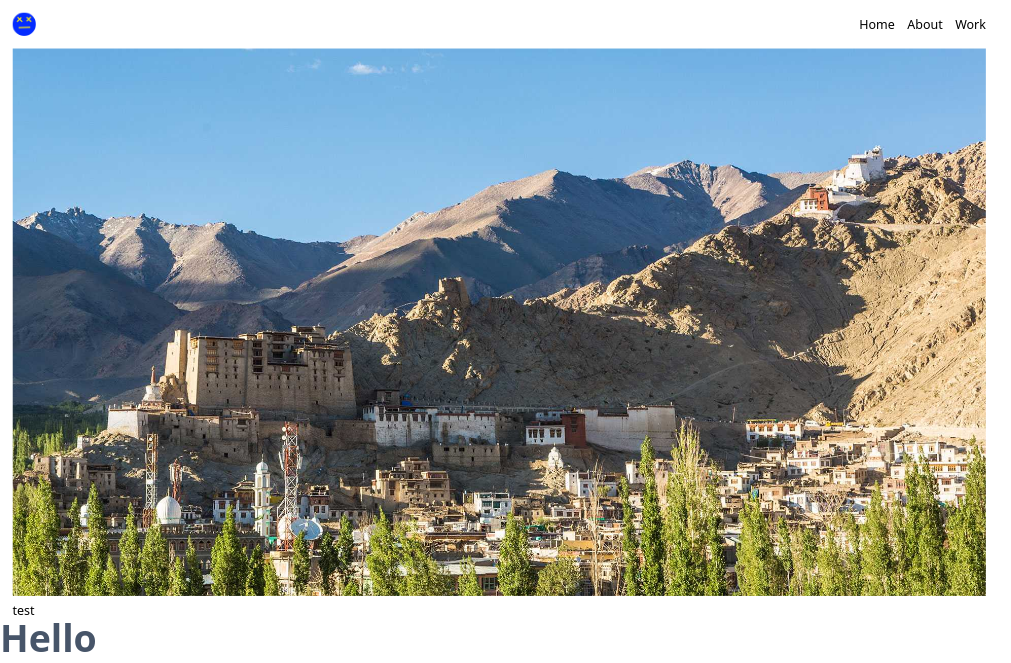
Repository: aaroncemery/aaroncemery-next
Page: /
The author's editor kept a copy of each file at every save. The page is drawn from the files as they stood at one save, then again after the next save.
The browser window is 1280 px wide. The page is 1280 px wide, then 1296 px, so the pictures cover 1296 px, including what lies to the right of the window. The pictures show the whole page, at 78% of full size.
The project was rebuilt for these pictures with package versions that can differ from the ones it lists, and the page was loaded fresh each time. The framework's server and built-in components were replaced by stand-ins that run in the browser. Also part of the build but not shown: next.config.js.

Above is the page before, as saved 2022-06-13 19:30:50.

After the next save:
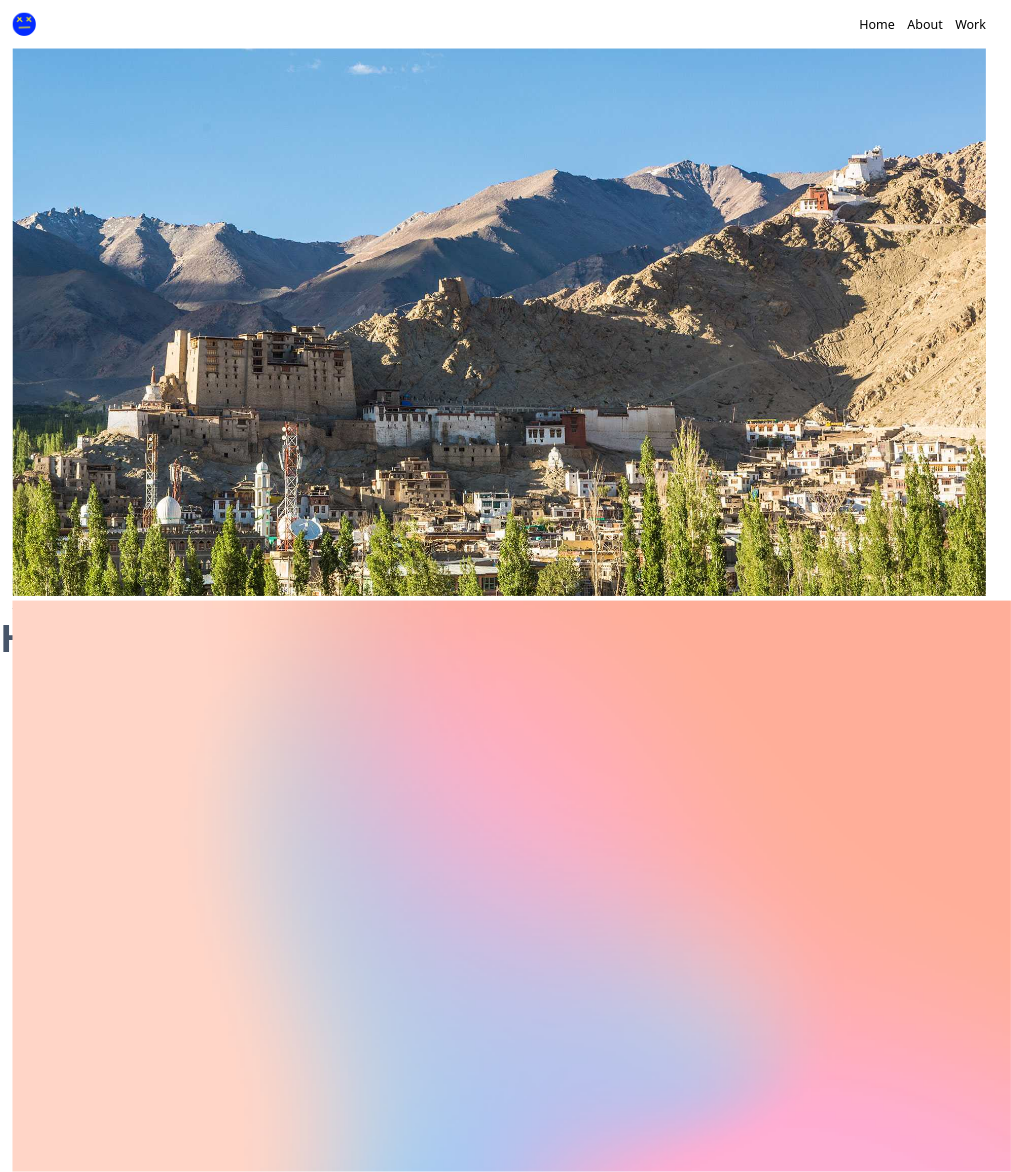
Saved 31 s later.
--- a/pages/index.tsx
+++ b/pages/index.tsx
@@ -27,7 +27,7 @@ const Home: NextPage = () => {
         className={`container px-4 aspect-video relative bg-hero-pattern rounded-xl m-auto bg-cover`}
       >
         <Image src={HeroImage} alt="hero image" className="relative" />
-        <div className="absolute bg-mesh-gradient bg-cover"></div>
+        <div className="absolute bg-mesh-gradient bg-cover w-full h-full"></div>
         <h1 className="z-10">test</h1>
       </div>
       <h1 className="font-sans text-5xl font-bold text-slate-600">Hello</h1>
